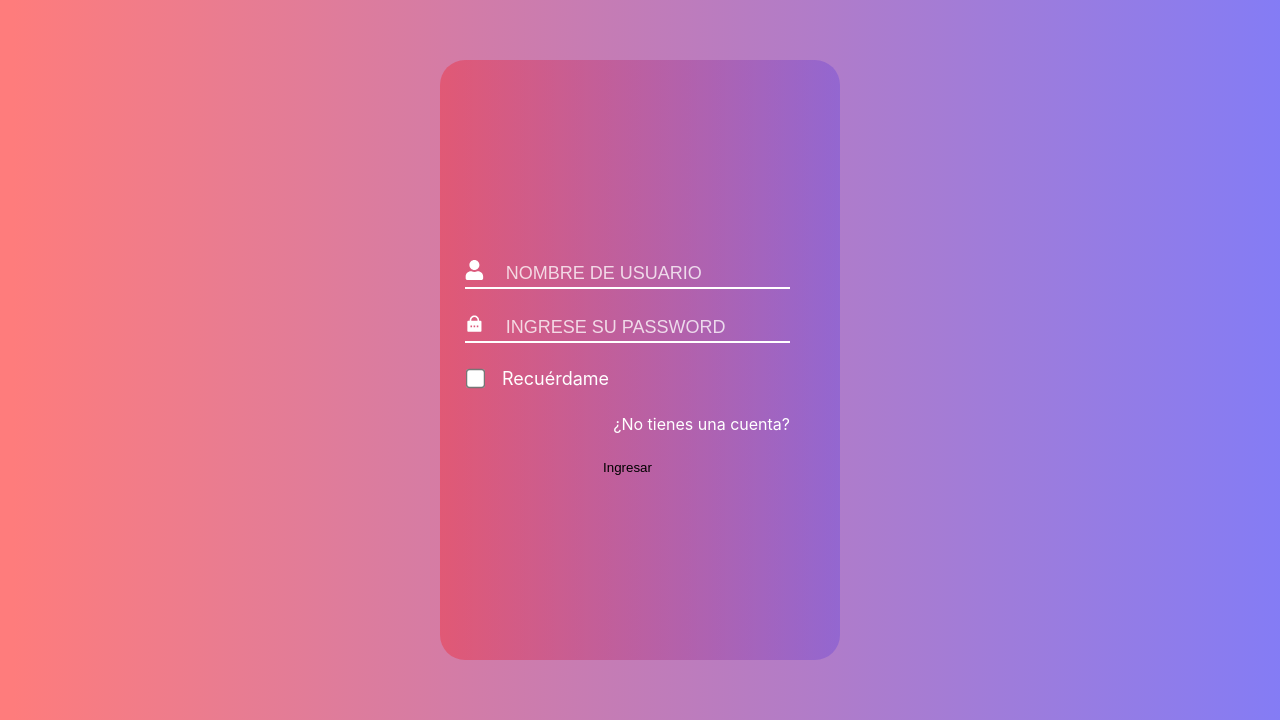
Repository: Davic1o/municipio
Page: /
The author's editor kept a copy of each file at every save. The page is drawn from the files as they stood at one save, then again after the next save.
The browser window is 1280 px wide. The pictures show the whole page.
The project was rebuilt for these pictures with package versions that can differ from the ones it lists, and the page was loaded fresh each time.

Above is the page before, as saved 2024-02-05 23:07:05.

### src/index.css
body {
  margin: 0;
  font-family: -apple-system, BlinkMacSystemFont, 'Segoe UI', 'Roboto', 'Oxygen',
    'Ubuntu', 'Cantarell', 'Fira Sans', 'Droid Sans', 'Helvetica Neue',
    sans-serif;
  -webkit-font-smoothing: antialiased;
  -moz-osx-font-smoothing: grayscale;
}

code {
  font-family: source-code-pro, Menlo, Monaco, Consolas, 'Courier New',
    monospace;
}
input{
  text-decoration: none;
  border: none;
}
button{
  background-color: transparent;
  text-decoration: none;
  border: none;
}

### src/App.jsx

import './App.css';
import LoginComponent from './pages/Login/Login';

function App() {
  return (
    <div className="App">
      <LoginComponent/>
    </div>
  );
}

export default App;

### src/pages/Login/Login.jsx
import React from 'react';
import { FaUser } from "react-icons/fa";
import { RiLockPasswordFill } from "react-icons/ri";
import './login.css';  // Asegúrate de tener un archivo de estilo CSS para tu componente

const Login = () => {
  return (
    <div className="login__container">
      <div className="login__recuadro">
        <div className="login__formulario">
          <div className="contenedor__nombre">

            <FaUser className='icon__nombre' />
            <input type="text" className="inp__nombre" placeholder='NOMBRE DE USUARIO'/>
          </div>
          <div className="contenedor__password">
          <RiLockPasswordFill className='icon__password' />
            <input type="password" className="inp__password" placeholder='INGRESE SU PASSWORD'/>
          </div>
          <div className="contenedor__recuerdame">
            <input type="checkbox" className="inp__recuerdame" />
            <label htmlFor="" className="lbl__recuerdame">Recuérdame</label>
          </div>
          <div className="contenedor__registrar">
            <label htmlFor="" className="lbl__registrar">¿No tienes una cuenta?</label>
          </div>
          <div className="contendor__ingresar">
            <button className="btn__ingresar">Ingresar</button>
          </div>
        </div>
      </div>
    </div>
  );
};

export default Login;

### src/pages/Login/login.css
.login__container {
    background: linear-gradient(to right, rgba(253, 0, 0, 0.514) 1%, rgba(16, 0, 235, 0.514));
    background-size: cover;
    height: 100vh;
    width: 100vw;
    box-sizing: border-box;
    display: flex;
    align-items: center;
    justify-content: center;
    z-index: 0;
}
.login__recuadro{
    width: 400px;
    height: 600px;
    border-radius: 25px;
    background: linear-gradient(to right, rgba(253, 0, 0, 0.288) 1%, rgba(16, 0, 235, 0.171));
}
.login__formulario{
    margin-top: 200px;
}
.contenedor__nombre, .contenedor__password{
    width: 325px;
    margin: 25px;
    display: flex;
    border-bottom: 2px solid white ;
}
.icon__nombre, .icon__password{
    margin-right: 20px;
    font-size: 20px;
    background-color: transparent;
    color: white;
}
.inp__nombre, .inp__password{

    background-color: transparent;
    width: 300px;
    height: 25px;
    font-size: 18px;
    color: white;
}
.inp__nombre::placeholder, .inp__password::placeholder{
    font-size: 18px;
color: rgba(255, 255, 255, 0.767);
}
.inp__nombre:focus, .inp__password:focus{
    outline: none;
    font-size: 18px;
    border: none;
    color: white;
}
.contenedor__recuerdame{
    width: 325px;
    margin: 25px;
    display: flex;
}
.inp__recuerdame{
    transform: scale(1.5);
    margin-right: 20px;
}
.lbl__recuerdame{
    font-size: 18px;
    color: white;
}
.contenedor__registrar{
    width: 325px;
    margin: 25px;
    display: flex;
    justify-content: right;
}
.lbl__registrar{
    color: white;
}
.lbl__registrar:hover{
    color: blue;
    cursor: pointer;
}
.contendor__ingresar{
    width: 325px;
    margin: 25px;
    display: flex;
    justify-content: center;
}
.btn__ingresar{

}

Loaded but not shown: public/index.html (common file); src/index.js (common file); src/reportWebVitals.js (common file); src/App.css (common file)

After the next save:
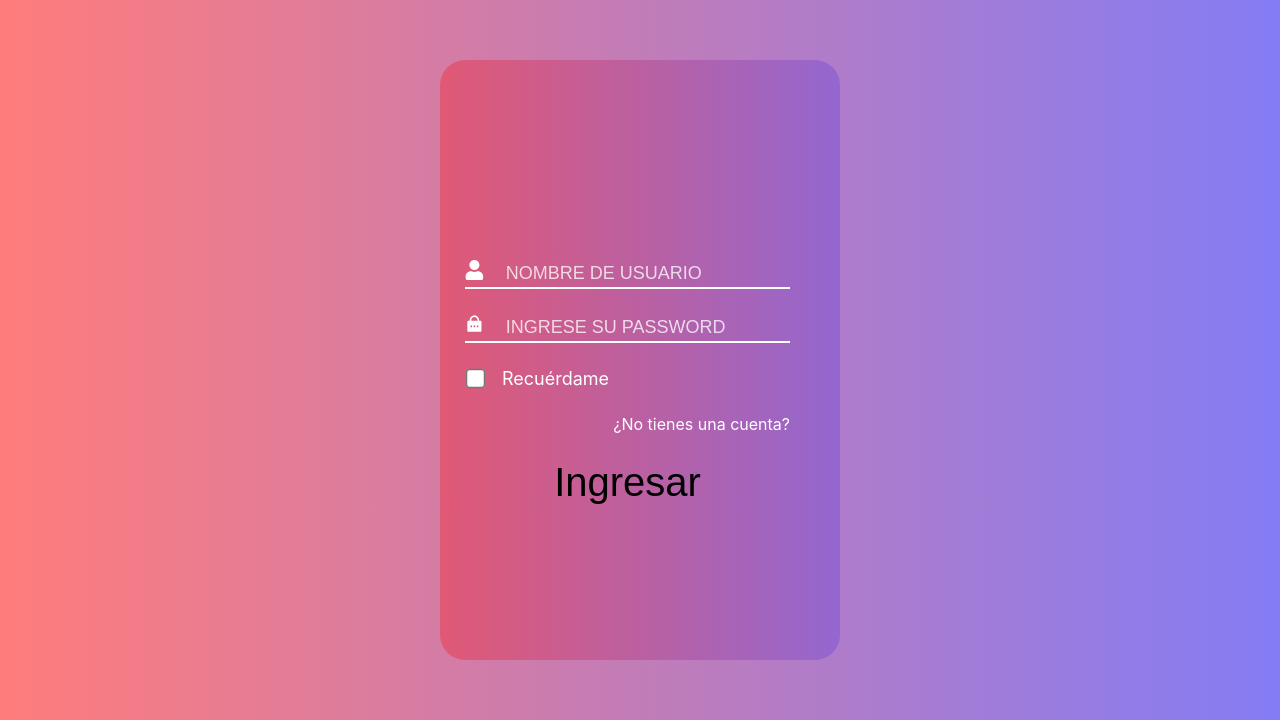
Saved 7 s later.
--- a/src/pages/Login/login.css
+++ b/src/pages/Login/login.css
@@ -81,5 +81,6 @@ color: rgba(255, 255, 255, 0.767);
     justify-content: center;
 }
 .btn__ingresar{
+    font-size: 40px;
 
 }
